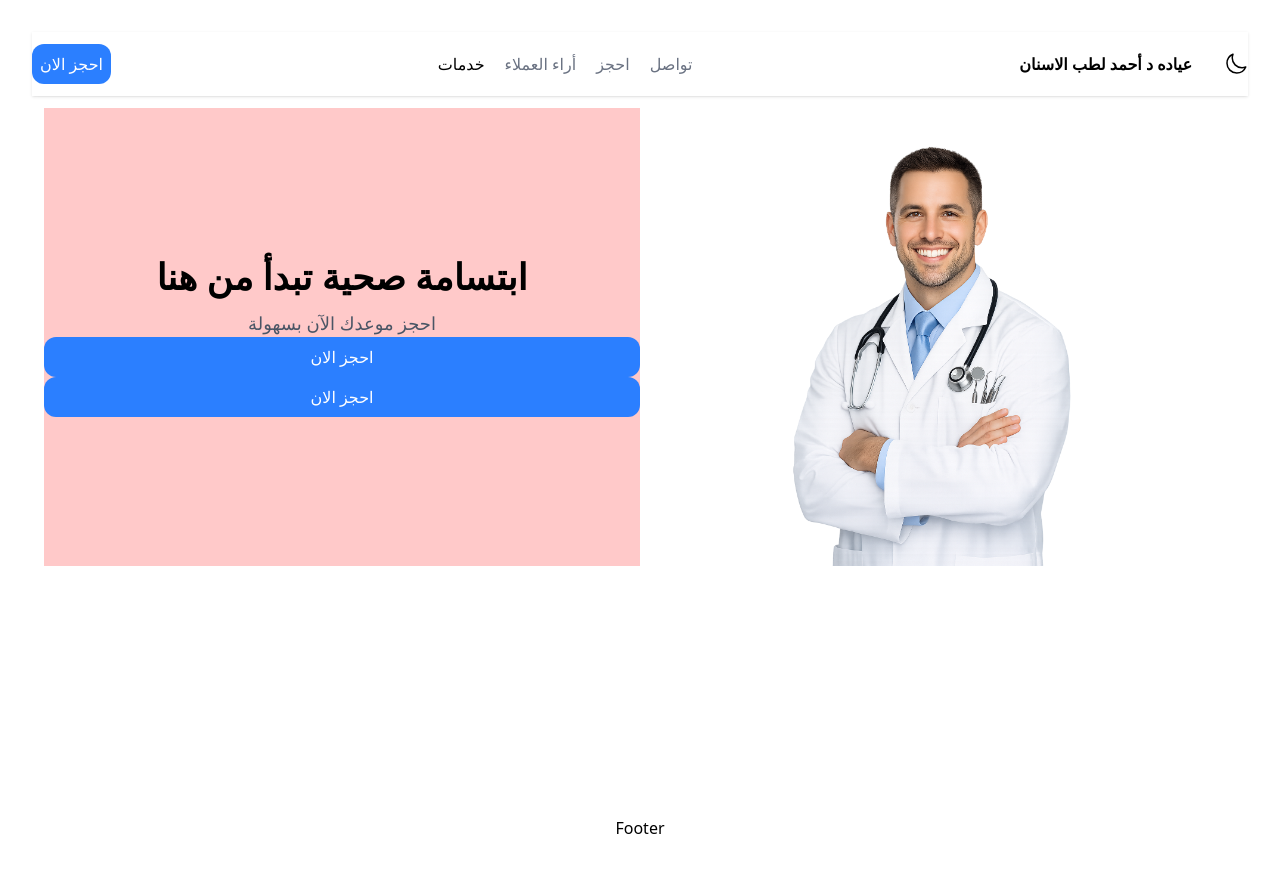
Repository: mohamedehab23-pro/clinic
Page: /
These files come from the project's save history. The page is drawn as it stood at one moment and after a run of saves; the edit follows.
The browser window is 1280 px wide. The pictures show the whole page.
The project was rebuilt for these pictures with package versions that can differ from the ones it lists, and the page was loaded fresh each time. Also part of the build but not shown: vite.config.js, src/Pages/AboutPage.jsx, src/Pages/ContactPage.jsx, src/Pages/NotFound.jsx, src/Components/Child.jsx, src/Components/Parent.jsx.

Above is the page before, as saved 2026-02-22 14:14:50.

### index.html
<!doctype html>
<html lang="en">
  <head>
    <meta charset="UTF-8" />
    <link rel="icon" type="image/svg+xml" href="/vite.svg" />
    <meta name="viewport" content="width=device-width, initial-scale=1.0" />
    <title>project1</title>
  </head>
  <body>
    <div id="root"></div>
    <script type="module" src="/src/main.jsx"></script>
  </body>
</html>

### src/index.css
@import "tailwindcss";
@custom-variant dark (&:where(.dark, .dark *));


.active{
    @apply text-black dark:text-white
}

### src/App.jsx
import { useState } from 'react'
import HeroPage from '../src/Pages/HeroPage'
import './App.css'
import { createBrowserRouter, RouterProvider } from 'react-router'
import MainLayout from './Layouts/MainLayout'
import AboutPage from './Pages/AboutPage'
import ContactPage from './Pages/ContactPage'
import NotFound from './Pages/NotFound'
import Parent from './Components/Parent'


const x=createBrowserRouter([
  {path:'',element:<MainLayout/>,children:[
    {index:true,element:<HeroPage/>},
    {path:'/about',element:<AboutPage/>},
    {path:'/contact',element:<ContactPage/>},
    {path:'*',element:<NotFound/>}
  ]}
])

function App() {

  return (
    <>
    {/* <Parent/> */}

     <RouterProvider router={x}/>
    </>
  )
}

export default App

### src/Pages/HeroPage.jsx
import React from 'react'
import sora from '../assets/dentist.png'
import Button from '../Components/Button'
export default function HomePage() {
  return (
    <div className='dark:bg-gray-800 min-h-screen p-3'>
      <div className='flex justify-around'>
<div className='bg-red-200 w-full flex flex-col justify-center text-center '>
<h2 className='text-4xl font-bold '>ابتسامة صحية تبدأ من هنا</h2>
<p className='text-gray-600 pt-3 text-lg'>احجز موعدك الآن بسهولة</p>
  <Button bg={'bg-blue-500'} hover={'hover:bg-blue-600'}/>
  <Button bg={'bg-blue-500'} hover={'hover:bg-blue-600'}/>


</div>
<div className=' w-full flex justify-center items-center'>
 <img src={sora} alt="doctor" className='w-[50%] ' />
</div>
      </div>



    </div>
  )
}

### src/Layouts/MainLayout.jsx
import React, { useState } from 'react'
import Navbar from '../Components/Navbar'
import Footer from '../Components/Footer'
import { Outlet } from 'react-router'

export default function MainLayout() {
  const [darkMode, setDarkMode] = useState(false)
  return (
    <>
    <div className={`${darkMode? 'dark':''}  dark:text-white`}>
      <Navbar darkMode={darkMode} setDarkMode={setDarkMode}/>
    <Outlet />
    <Footer/>
    </div>
    </>
  )
}

### src/Components/Button.jsx
import React from 'react'
import { Link } from 'react-router'

export default function Button({bg,hover}) {
  return (
   <>
   <button className={`p-2 rounded-xl ${bg} ${hover} text-white `}><Link to={'/'}>احجز الان</Link></button>
   </>
  )
}

### src/Components/Navbar.jsx
import React, { useState } from 'react'
import { Link, NavLink } from 'react-router'
import Button from './Button'

export default function Navbar({setDarkMode,darkMode}) {
  const [navToggle, setNavToggle] = useState(false)
  return (
    <div className='py-3 shadow sticky top-0 w-full dark:bg-gray-700 bg-white/50'>
<div className="container px-3 lg:p-0 mx-auto flex items-center justify-between">
<div>
  <Button bg={'bg-blue-500'} hover={'hover:bg-blue-600'}/>
</div>
<div>
  <ul className='lg:flex dark:text-white/50 gap-5 hidden'>
    <li className='text-gray-500'><NavLink to={''}>خدمات</NavLink></li>
    <li className='text-gray-500'><NavLink to={'/about'}>أراء العملاء</NavLink></li>
    <li className='text-gray-500'><NavLink to={'/contact'}>احجز</NavLink></li>
    <li className='text-gray-500'><NavLink to={'ertyuj'}>تواصل</NavLink></li>
  </ul>
</div>
<div className='flex gap-8'>
  <Link to={''} className=' font-bold'>عياده د أحمد لطب الاسنان</Link>
  {darkMode?<svg xmlns="http://www.w3.org/2000/svg"
onClick={()=>setDarkMode(!darkMode)}
fill="none" viewBox="0 0 24 24" strokeWidth={1.5} stroke="currentColor" className="cursor-pointer size-6">
  <path strokeLinecap="round" strokeLinejoin="round" d="M12 3v2.25m6.364.386-1.591 1.591M21 12h-2.25m-.386 6.364-1.591-1.591M12 18.75V21m-4.773-4.227-1.591 1.591M5.25 12H3m4.227-4.773L5.636 5.636M15.75 12a3.75 3.75 0 1 1-7.5 0 3.75 3.75 0 0 1 7.5 0Z" />
</svg>:<svg xmlns="http://www.w3.org/2000/svg" fill="none"
onClick={()=>setDarkMode(!darkMode)}
viewBox="0 0 24 24" strokeWidth={1.5} stroke="currentColor" className="cursor-pointer size-6">
  <path strokeLinecap="round" strokeLinejoin="round" d="M21.752 15.002A9.72 9.72 0 0 1 18 15.75c-5.385 0-9.75-4.365-9.75-9.75 0-1.33.266-2.597.748-3.752A9.753 9.753 0 0 0 3 11.25C3 16.635 7.365 21 12.75 21a9.753 9.753 0 0 0 9.002-5.998Z" />
</svg>}
</div>
<div className='lg:hidden'>
  <svg xmlns="http://www.w3.org/2000/svg" onClick={()=>setNavToggle(!navToggle)} fill="none" viewBox="0 0 24 24" strokeWidth={1.5} stroke="currentColor" className="cursor-pointer size-6">
  <path strokeLinecap="round" strokeLinejoin="round" d="M3.75 6.75h16.5M3.75 12h16.5m-16.5 5.25h16.5" />
</svg>


</div>



</div>
{navToggle && <ul className='pt-3 text-end px-3'>
    <li className='text-gray-500'><NavLink to={''}>خدمات</NavLink></li>
    <li className='text-gray-500'><NavLink to={'/about'}>أراء العملاء</NavLink></li>
    <li className='text-gray-500'><NavLink to={'/contact'}>احجز</NavLink></li>
    <li className='text-gray-500'><NavLink to={'ertyuj'}>تواصل</NavLink></li>
  </ul>}


    </div>
  )
}

Loaded but not shown: src/main.jsx (common file); src/App.css (common file); src/Components/Footer.jsx (common file)

After the next 4 saves:
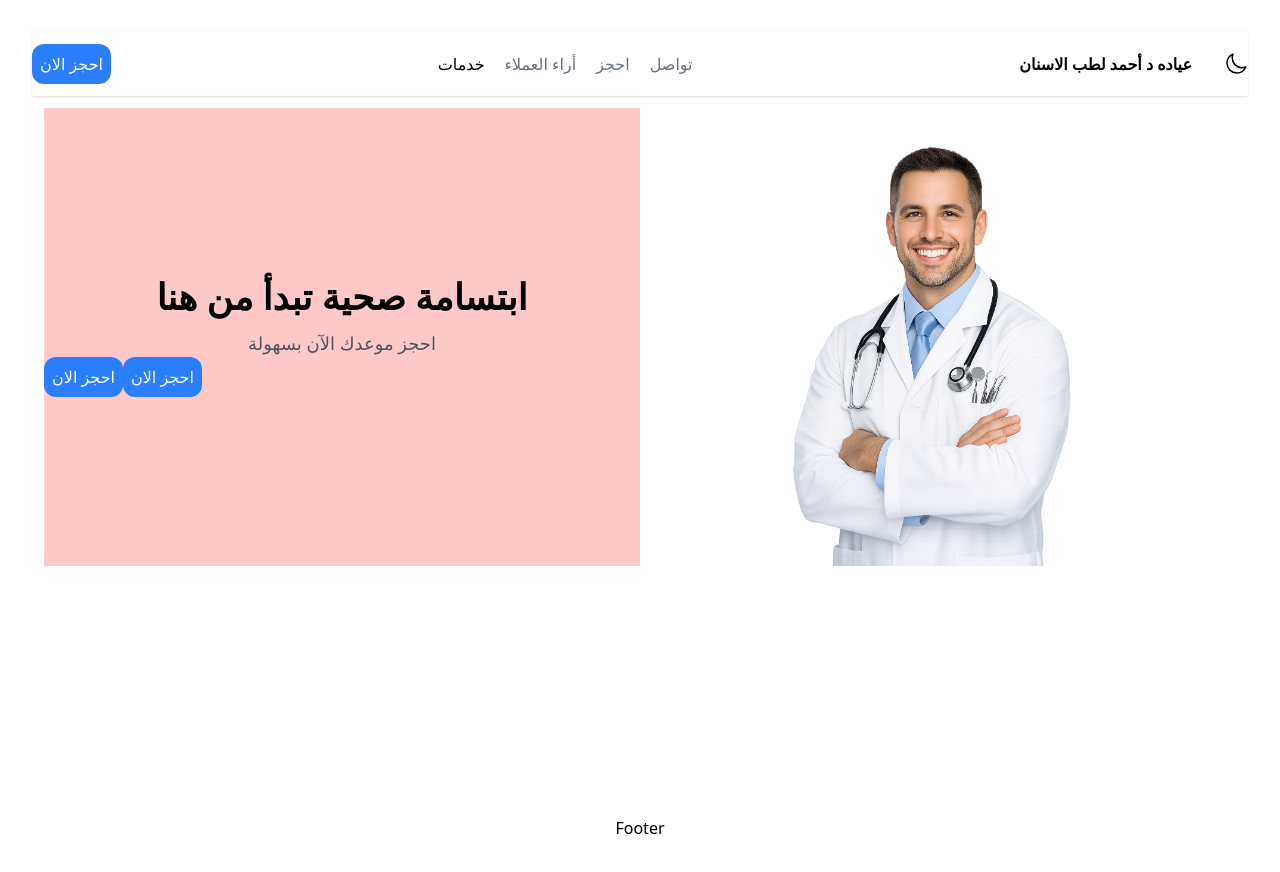
The 4 saves are shown as one change because they came seconds apart.
The last was saved 22 s later.
--- a/src/Pages/HeroPage.jsx
+++ b/src/Pages/HeroPage.jsx
@@ -8,8 +8,10 @@ export default function HomePage() {
 <div className='bg-red-200 w-full flex flex-col justify-center text-center '>
 <h2 className='text-4xl font-bold '>ابتسامة صحية تبدأ من هنا</h2>
 <p className='text-gray-600 pt-3 text-lg'>احجز موعدك الآن بسهولة</p>
+  <div className='flex '>
+    <Button bg={'bg-blue-500'} hover={'hover:bg-blue-600'}/>
   <Button bg={'bg-blue-500'} hover={'hover:bg-blue-600'}/>
-  <Button bg={'bg-blue-500'} hover={'hover:bg-blue-600'}/>
+  </div>
 
 
 </div>
